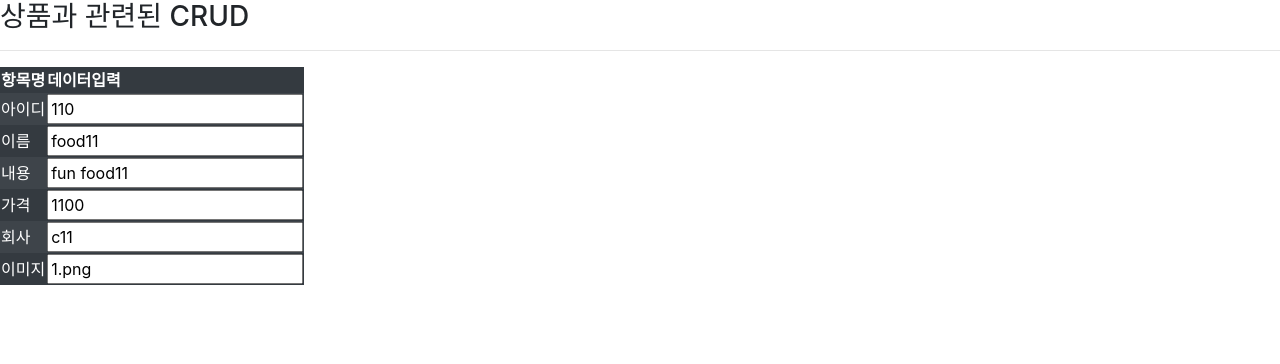
Repository: Hugh-KR/JSP_Project
Page: JSP_Project/src/main/webapp/product_delete.html
An editor plug-in stored every save of this project. The page is shown before and after the next save, followed by the edit.
The browser window is 1280 px wide. The pictures show the whole page.

Above is the page before, as saved 2022-11-08 01:18:00.

### JSP_Project/src/main/webapp/product_delete.html
<!DOCTYPE html>
<html>
<head>
<meta charset="UTF-8">
<title>Insert title here</title>
<!-- CDN방식으로 연결하자! -->
<link 	rel="stylesheet"
		href="https://cdn.jsdelivr.net/npm/bootstrap@4.6.1/dist/css/bootstrap.min.css">
</head>
<body>
<h3>상품과 관련된 CRUD</h3>
<hr>
<table class="table-dark table-striped">
    <thead>
      <tr>
        <th>항목명</th>
        <th>데이터입력</th>
      </tr>
    </thead>
    <tbody>
      <tr>
        <td>아이디</td>
        <td>
        	<input name="id" value="110">
		</td>
      </tr>
      <tr>
        <td>이름</td>
        <td>
        	<input name="name" value="food11">
		</td>
      </tr>
      <tr>
        <td>내용</td>
        <td>
        	<input name="content" value="fun food11">
		</td>
      </tr>
      <tr>
        <td>가격</td>
        <td>
        	<input name="price" value="1100">
		</td>
      </tr>
      <tr>
        <td>회사</td>
        <td>
        	<input name="company" value="c11">
		</td>
      </tr>
      <tr>
        <td>이미지</td>
        <td>
        	<input name="img" value="1.png">
		</td>
      </tr>
    </tbody>
  </table>
</body>
</html>

After the next save:
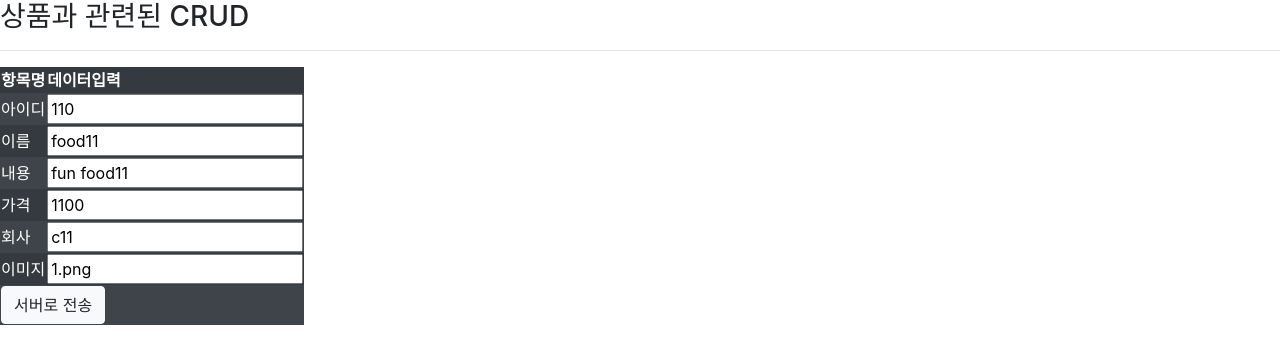
Saved 2 min 16 s later.
--- a/JSP_Project/src/main/webapp/product_delete.html
+++ b/JSP_Project/src/main/webapp/product_delete.html
@@ -54,6 +54,12 @@
         	<input name="img" value="1.png">
 		</td>
       </tr>
+      <tr>
+        <td colspan="2">
+        	<button type="submit" class = "btn btn-light">서버로 전송</button>
+        </td>
+
+      </tr>
     </tbody>
   </table>
 </body>
